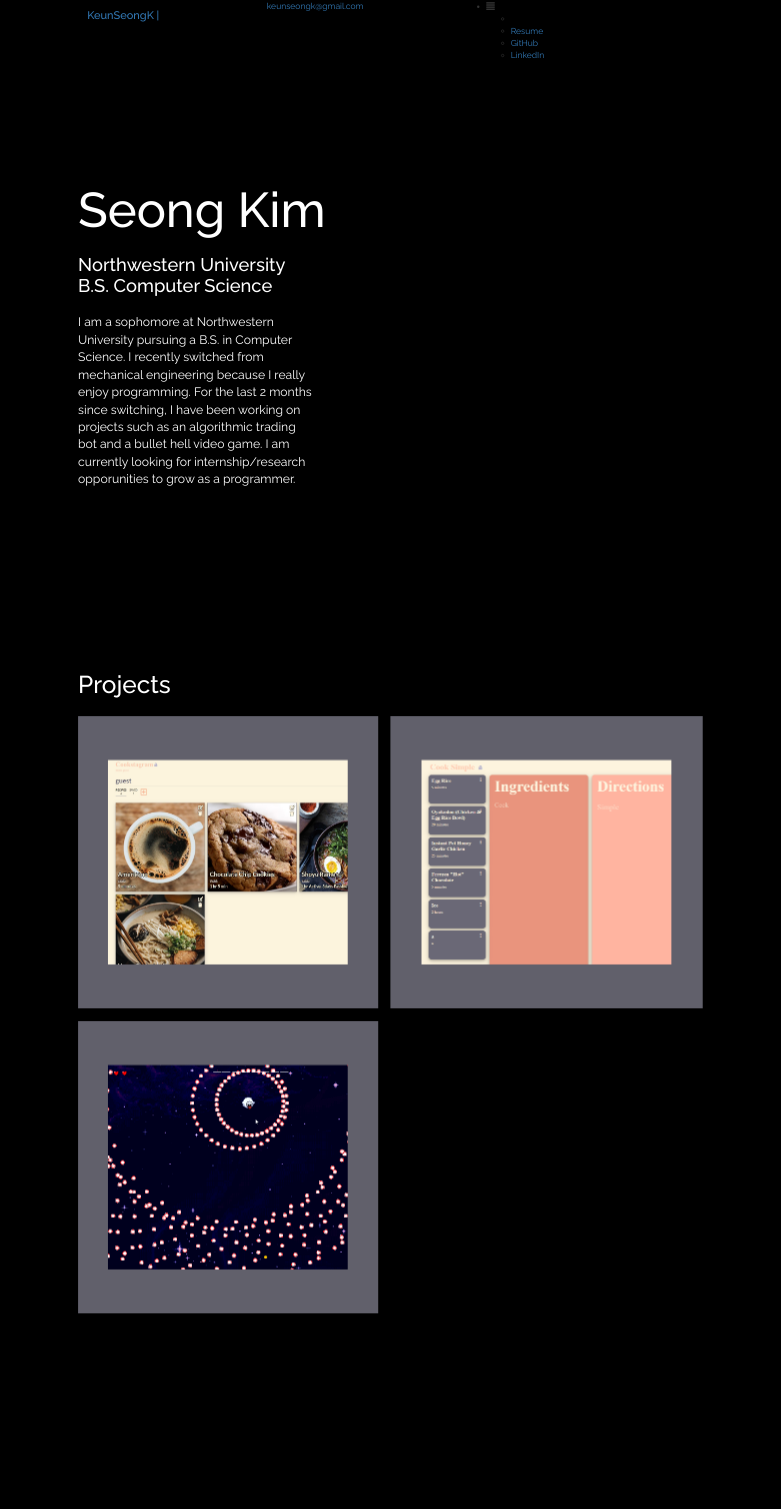
Repository: oqueuo/personal-site
Page: index.html
These files come from the project's save history. The page is drawn as it stood at one moment and after the next save; the edit follows.
The browser window is 1280 px wide. The pictures show the whole page, at 61% of full size.

Above is the page before, as saved 2020-09-21 19:32:48.

After the next save:
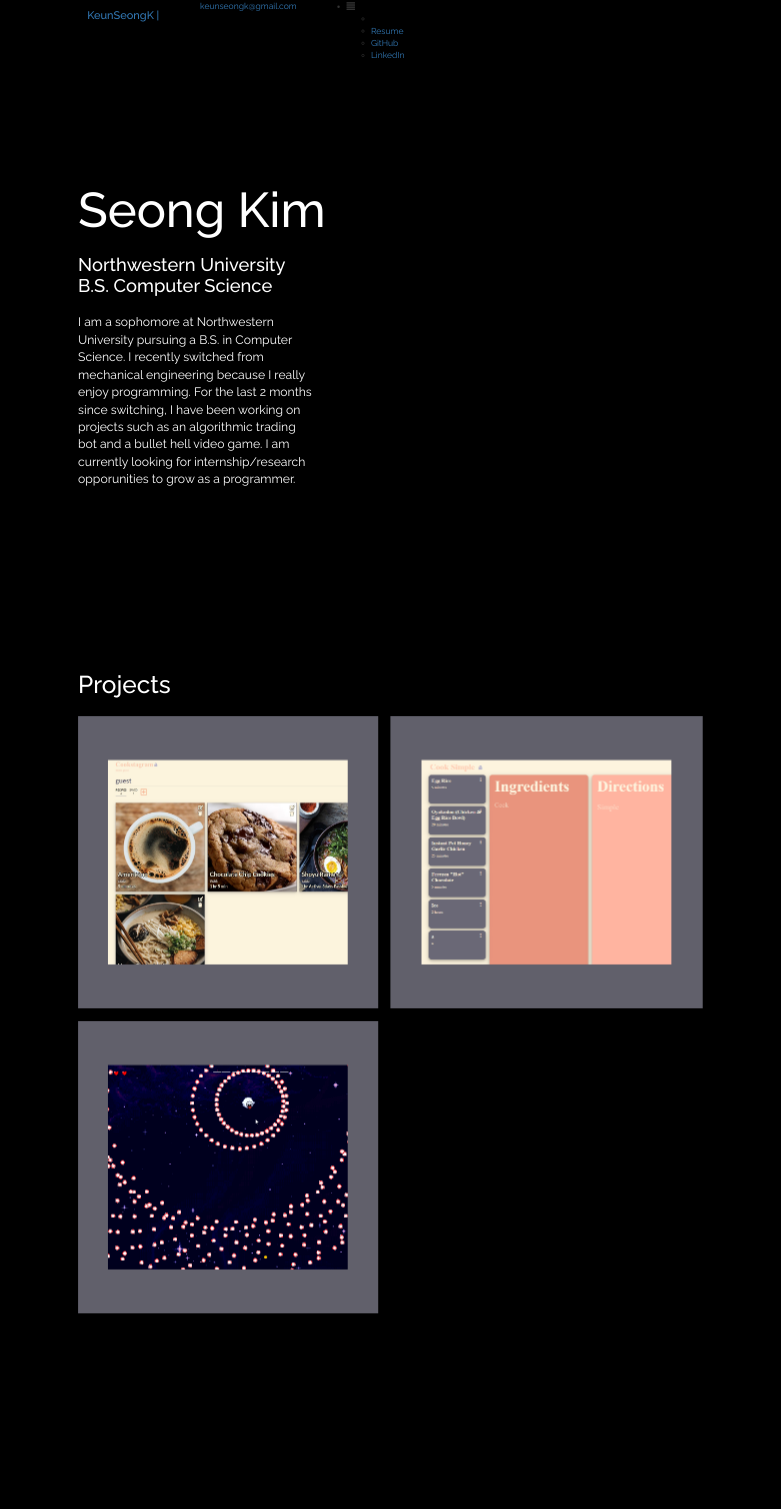
Saved 37 s later.
--- a/styles.css
+++ b/styles.css
@@ -25,6 +25,7 @@ header {
     display: grid;
     grid-template-areas:
     "brand email more";
+    grid-template-columns: 200px 200px auto;
 }
 
 
